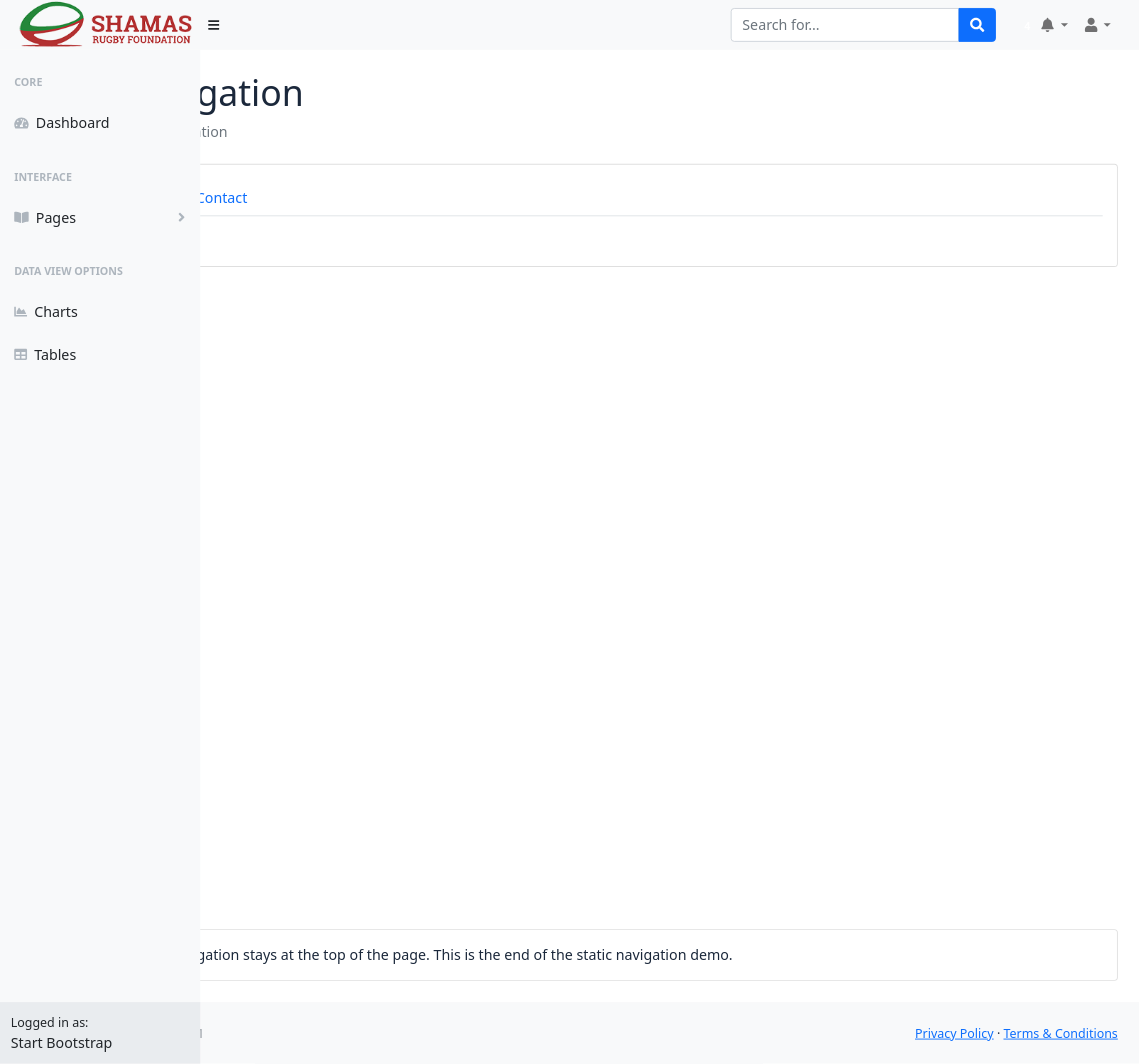
Repository: SRFtech/mis-designs
Page: registration.html
An editor plug-in stored every save of this project. The page is shown before and after the next save, followed by the edit.
The browser window is 1280 px wide. The pictures show the whole page, at 89% of full size.

Above is the page before, as saved 2022-03-25 10:10:19.

### registration.html
<!DOCTYPE html>
<html lang="en">
    <head>
        <meta charset="utf-8" />
        <meta http-equiv="X-UA-Compatible" content="IE=edge" />
        <meta name="viewport" content="width=device-width, initial-scale=1, shrink-to-fit=no" />
        <meta name="description" content="" />
        <meta name="author" content="" />
        <title>Registration SRF-MIS</title>
        <link href="css/styles.css" rel="stylesheet" />
        <script src="https://cdnjs.cloudflare.com/ajax/libs/font-awesome/5.15.3/js/all.min.js" crossorigin="anonymous"></script>
    </head>
    <body>
        <nav class="sb-topnav navbar navbar-expand navbar-light bg-light">
            <!-- Navbar Brand-->
            <a class="navbar-brand ps-3" href="index.html">
                <img src="/assets/img/logo.png"/>
            </a>
            <!-- Sidebar Toggle-->
            <button class="btn btn-link btn-sm order-1 order-lg-0 me-4 me-lg-0" id="sidebarToggle" href="#!"><i class="fas fa-bars"></i></button>
            <!-- Navbar Search-->
            <form class="d-none d-md-inline-block form-inline ms-auto me-0 me-md-3 my-2 my-md-0">
                <div class="input-group">
                    <input class="form-control" type="text" placeholder="Search for..." aria-label="Search for..." aria-describedby="btnNavbarSearch" />
                    <button class="btn btn-primary" id="btnNavbarSearch" type="button"><i class="fas fa-search"></i></button>
                </div>
            </form>
            <!-- Navbar-->
            <ul class="navbar-nav ml-auto nav-flex-icons">
                <li class="nav-item avatar dropdown">
                    <a class="nav-link dropdown-toggle waves-effect waves-light" id="navbarDropdownMenuLink-5" role="button" data-bs-toggle="dropdown" data-toggle="dropdown" aria-haspopup="true" aria-expanded="true">
                    <span class="badge badge-danger ml-2">4</span>
                    <i class="fas fa-bell"></i>
                    </a>
                    <div class="dropdown-menu dropdown-menu-end dropdown-secondary" aria-labelledby="navbarDropdownMenuLink-5">
                        <a class="dropdown-item waves-effect waves-light" href="#">Messages <span class="badge badge-danger ml-2">4</span></a>
                        <a class="dropdown-item waves-effect waves-light" href="#">Counselling sessions due<span class="badge badge-danger ml-2">1</span></a>
                        <a class="dropdown-item waves-effect waves-light" href="#">Home visits due <span class="badge badge-danger ml-2">4</span></a>
                    </div>
                </li>
            </ul>
            <ul class="navbar-nav ms-auto ms-md-0 me-3 me-lg-4">
                <li class="nav-item dropdown">
                    <a class="nav-link dropdown-toggle" id="navbarDropdown" href="#" role="button" data-bs-toggle="dropdown" aria-expanded="false"><i class="fas fa-user fa-fw"></i></a>
                    <ul class="dropdown-menu dropdown-menu-end" aria-labelledby="navbarDropdown">
                        <li><a class="dropdown-item" href="#!">Settings</a></li>
                        <li><a class="dropdown-item" href="#!">Activity Log</a></li>
                        <li><hr class="dropdown-divider" /></li>
                        <li><a class="dropdown-item" href="#!">Logout</a></li>
                    </ul>
                </li>
            </ul>
        </nav>
        <div id="layoutSidenav">
            <div id="layoutSidenav_nav">
                <nav class="sb-sidenav accordion sb-sidenav-light" id="sidenavAccordion">
                    <div class="sb-sidenav-menu">
                        <div class="nav">
                            <div class="sb-sidenav-menu-heading">Core</div>
                            <a class="nav-link" href="index.html">
                                <div class="sb-nav-link-icon"><i class="fas fa-tachometer-alt"></i></div>
                                Dashboard
                            </a>
                            <div class="sb-sidenav-menu-heading">Interface</div>
                            <a class="nav-link collapsed" href="#" data-bs-toggle="collapse" data-bs-target="#collapsePages" aria-expanded="false" aria-controls="collapsePages">
                                <div class="sb-nav-link-icon"><i class="fas fa-book-open"></i></div>
                                Pages
                                <div class="sb-sidenav-collapse-arrow"><i class="fas fa-angle-down"></i></div>
                            </a>
                            <div class="collapse" id="collapsePages" aria-labelledby="headingTwo" data-bs-parent="#sidenavAccordion">
                                <nav class="sb-sidenav-menu-nested nav accordion" id="sidenavAccordionPages">
                                    <a class="nav-link collapsed" href="#" data-bs-toggle="collapse" data-bs-target="#pagesCollapseAuth" aria-expanded="false" aria-controls="pagesCollapseAuth">
                                        Authentication
                                        <div class="sb-sidenav-collapse-arrow"><i class="fas fa-angle-down"></i></div>
                                    </a>
                                    <div class="collapse" id="pagesCollapseAuth" aria-labelledby="headingOne" data-bs-parent="#sidenavAccordionPages">
                                        <nav class="sb-sidenav-menu-nested nav">
                                            <a class="nav-link" href="login.html">Login</a>
                                            <a class="nav-link" href="register.html">Register</a>
                                            <a class="nav-link" href="password.html">Forgot Password</a>
                                        </nav>
                                    </div>
                                    <a class="nav-link collapsed" href="#" data-bs-toggle="collapse" data-bs-target="#pagesCollapseError" aria-expanded="false" aria-controls="pagesCollapseError">
                                        Forms
                                        <div class="sb-sidenav-collapse-arrow"><i class="fas fa-angle-down"></i></div>
                                    </a>
                                    <div class="collapse" id="pagesCollapseError" aria-labelledby="headingOne" data-bs-parent="#sidenavAccordionPages">
                                        <nav class="sb-sidenav-menu-nested nav">
                                            <a class="nav-link" href="registration.html">Registration</a>
                                            <a class="nav-link" href="player-profile.html">Player profile</a>
                                            <!-- <a class="nav-link" href="rugby.html">Rugby</a>
                                            <a class="nav-link" href="education.html">Education</a>
                                            <a class="nav-link" href="life-skills.html">Life Skills</a>
                                            <a class="nav-link" href="counselling.html">Counselling</a>
                                            <a class="nav-link" href="home-visits.html">Home Visits</a> -->
                                        </nav>
                                    </div>
                                    <a class="nav-link collapsed" href="#" data-bs-toggle="collapse" data-bs-target="#pagesCollapseError" aria-expanded="false" aria-controls="pagesCollapseError">
                                        Error
                                        <div class="sb-sidenav-collapse-arrow"><i class="fas fa-angle-down"></i></div>
                                    </a>
                                    <div class="collapse" id="pagesCollapseError" aria-labelledby="headingOne" data-bs-parent="#sidenavAccordionPages">
                                        <nav class="sb-sidenav-menu-nested nav">
                                            <a class="nav-link" href="401.html">401 Page</a>
                                            <a class="nav-link" href="404.html">404 Page</a>
                                            <a class="nav-link" href="500.html">500 Page</a>
                                        </nav>
                                    </div>
                                </nav>
                            </div>
                            <div class="sb-sidenav-menu-heading">Data View Options</div>
                            <a class="nav-link" href="charts.html">
                                <div class="sb-nav-link-icon"><i class="fas fa-chart-area"></i></div>
                                Charts
                            </a>
                            <a class="nav-link" href="tables.html">
                                <div class="sb-nav-link-icon"><i class="fas fa-table"></i></div>
                                Tables
                            </a>
                        </div>
                    </div>
                    <div class="sb-sidenav-footer">
                        <div class="small">Logged in as:</div>
                        Start Bootstrap
                    </div>
                </nav>
            </div>
            <div id="layoutSidenav_content">
                <main>
                    <div class="container-fluid px-4">
                        <h1 class="mt-4">Static Navigation</h1>
                        <ol class="breadcrumb mb-4">
                            <li class="breadcrumb-item"><a href="index.html">Dashboard</a></li>
                            <li class="breadcrumb-item active">Static Navigation</li>
                        </ol>
                        <div class="card mb-4">
                            <div class="card-body">
                                <p class="mb-0">
                                    <ul class="nav nav-tabs" id="myTab" role="tablist">
                                        <li class="nav-item">
                                            <a class="nav-link active" id="home-tab" data-toggle="tab" href="#home" role="tab" aria-controls="home" aria-selected="true">Home</a>
                                        </li>
                                        <li class="nav-item">
                                            <a class="nav-link" id="profile-tab" data-toggle="tab" href="#profile" role="tab" aria-controls="profile" aria-selected="false">Profile</a>
                                        </li>
                                        <li class="nav-item">
                                            <a class="nav-link" id="contact-tab" data-toggle="tab" href="#contact" role="tab" aria-controls="contact" aria-selected="false">Contact</a>
                                        </li>
                                    </ul>
                                    <div class="tab-content" id="myTabContent">
                                        <div class="tab-pane fade show active" id="home" role="tabpanel" aria-labelledby="home-tab">...</div>
                                        <div class="tab-pane fade" id="profile" role="tabpanel" aria-labelledby="profile-tab">...</div>
                                        <div class="tab-pane fade" id="contact" role="tabpanel" aria-labelledby="contact-tab">...</div>
                                    </div>
                                </p>
                            </div>
                        </div>
                        <div style="height: 100vh"></div>
                        <div class="card mb-4"><div class="card-body">When scrolling, the navigation stays at the top of the page. This is the end of the static navigation demo.</div></div>
                    </div>
                </main>
                <footer class="py-4 bg-light mt-auto">
                    <div class="container-fluid px-4">
                        <div class="d-flex align-items-center justify-content-between small">
                            <div class="text-muted">Copyright &copy; Your Website 2021</div>
                            <div>
                                <a href="#">Privacy Policy</a>
                                &middot;
                                <a href="#">Terms &amp; Conditions</a>
                            </div>
                        </div>
                    </div>
                </footer>
            </div>
        </div>
        <script src="https://cdn.jsdelivr.net/npm/bootstrap@5.1.3/dist/js/bootstrap.bundle.min.js" crossorigin="anonymous"></script>
        <script src="js/scripts.js"></script>
    </body>
</html>

### js/scripts.js
/*!
    * Start Bootstrap - SB Admin v7.0.4 (https://startbootstrap.com/template/sb-admin)
    * Copyright 2013-2021 Start Bootstrap
    * Licensed under MIT (https://github.com/StartBootstrap/startbootstrap-sb-admin/blob/master/LICENSE)
    */
    //
// Scripts
//

window.addEventListener('DOMContentLoaded', event => {

    // Toggle the side navigation
    const sidebarToggle = document.body.querySelector('#sidebarToggle');
    if (sidebarToggle) {
        // Uncomment Below to persist sidebar toggle between refreshes
        // if (localStorage.getItem('sb|sidebar-toggle') === 'true') {
        //     document.body.classList.toggle('sb-sidenav-toggled');
        // }
        sidebarToggle.addEventListener('click', event => {
            event.preventDefault();
            document.body.classList.toggle('sb-sidenav-toggled');
            localStorage.setItem('sb|sidebar-toggle', document.body.classList.contains('sb-sidenav-toggled'));
        });
    }

});

Loaded but not shown: css/styles.css (library)

After the next save:
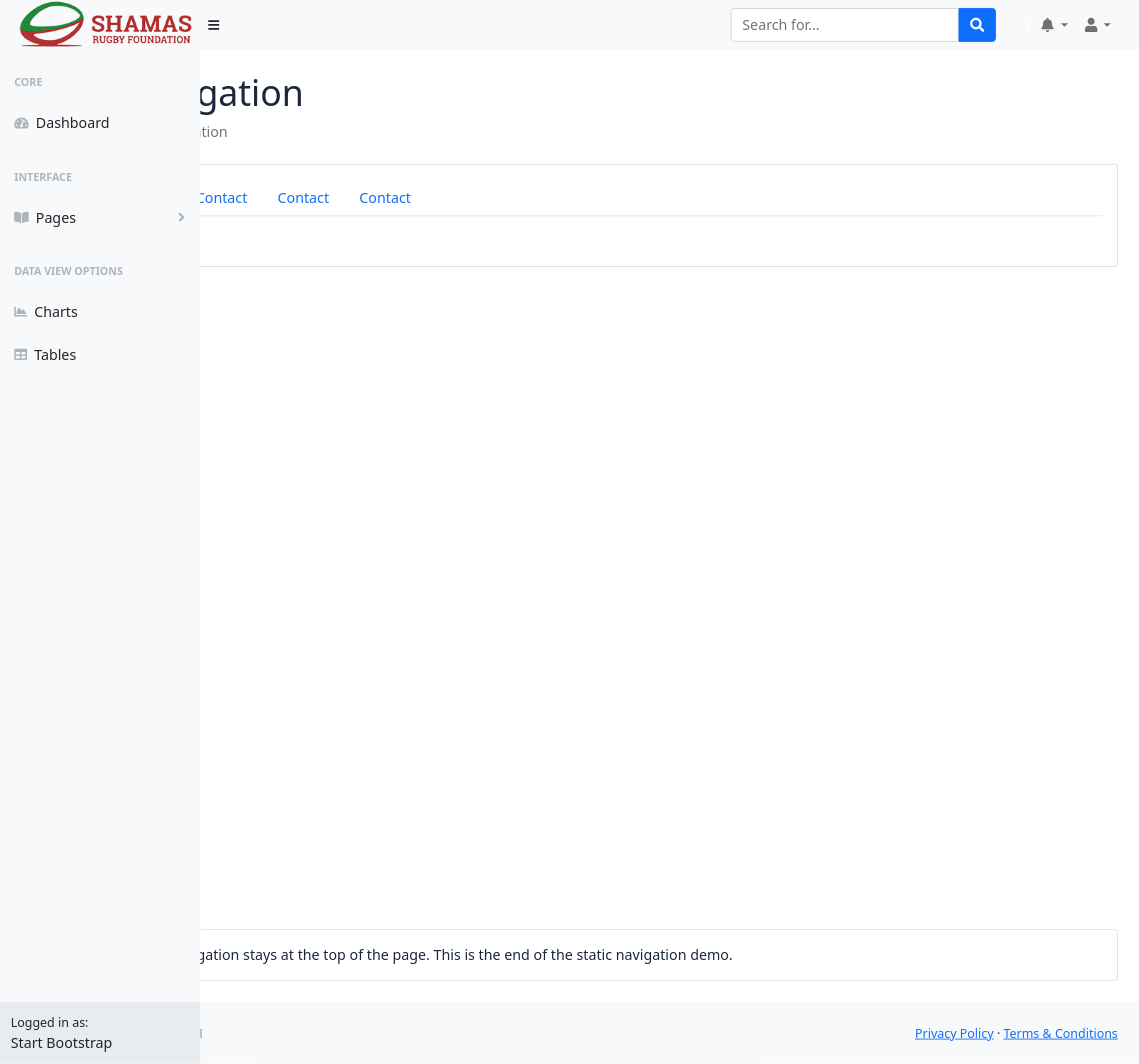
Saved 43 s later.
--- a/registration.html
+++ b/registration.html
@@ -146,6 +146,12 @@
                                         <li class="nav-item">
                                             <a class="nav-link" id="contact-tab" data-toggle="tab" href="#contact" role="tab" aria-controls="contact" aria-selected="false">Contact</a>
                                         </li>
+                                        <li class="nav-item">
+                                            <a class="nav-link" id="contact-tab" data-toggle="tab" href="#contact" role="tab" aria-controls="contact" aria-selected="false">Contact</a>
+                                        </li>
+                                        <li class="nav-item">
+                                            <a class="nav-link" id="contact-tab" data-toggle="tab" href="#contact" role="tab" aria-controls="contact" aria-selected="false">Contact</a>
+                                        </li>
                                     </ul>
                                     <div class="tab-content" id="myTabContent">
                                         <div class="tab-pane fade show active" id="home" role="tabpanel" aria-labelledby="home-tab">...</div>
